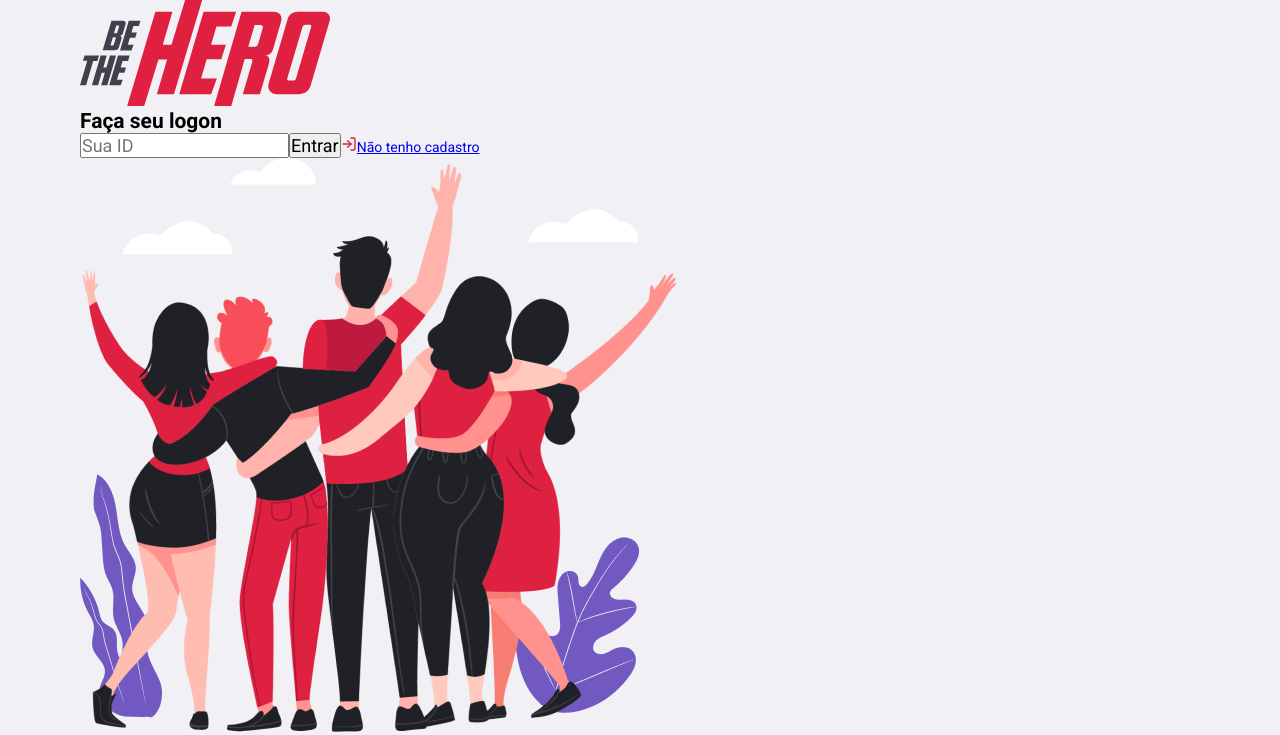
Repository: pedroevangelista/be-the-hero
Page: / (app in frontend/)
The author's editor kept a copy of each file at every save. The page is drawn from the files as they stood at one save, then again after the next save.
The browser window is 1280 px wide. The pictures show the whole page.
The project was rebuilt for these pictures with package versions that can differ from the ones it lists, and the page was loaded fresh each time.

Above is the page before, as saved 2020-03-25 12:17:05.

After the next save:
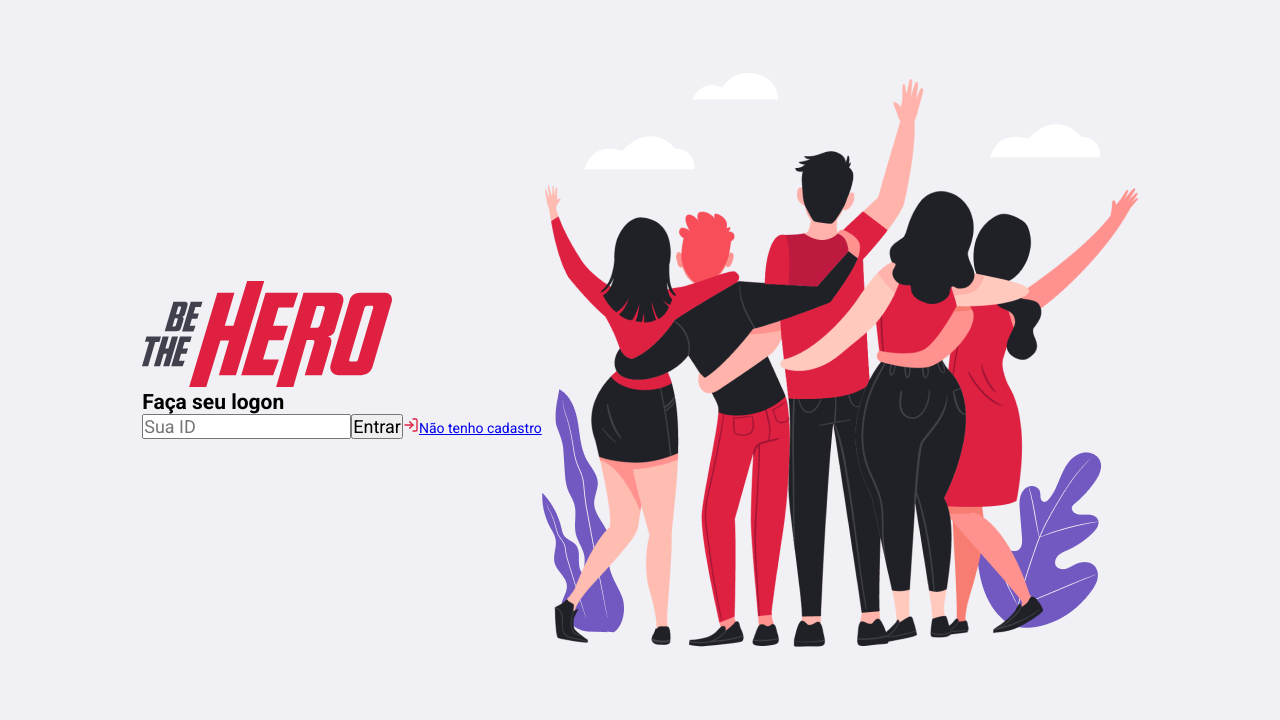
Saved 24 s later.
--- a/frontend/src/pages/Logon/styles.css
+++ b/frontend/src/pages/Logon/styles.css
@@ -3,4 +3,7 @@
     max-width: 1120px;
     height: 100vh;
     margin: 0 auto;
+    display: flex;
+    align-items: center;
+    justify-content: center;
 }

After the save that followed:
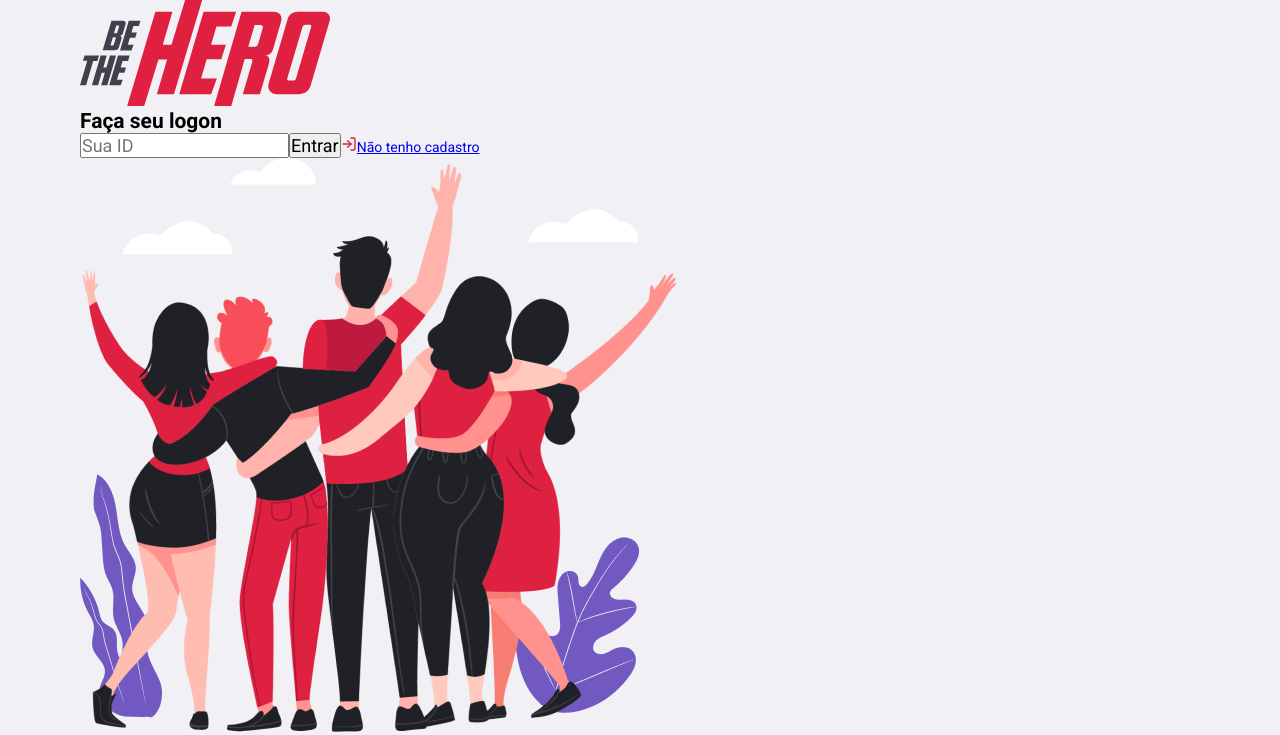
Saved 18 s later.
--- a/frontend/src/pages/Logon/styles.css
+++ b/frontend/src/pages/Logon/styles.css
@@ -3,7 +3,7 @@
     max-width: 1120px;
     height: 100vh;
     margin: 0 auto;
-    display: flex;
+    /* display: flex;
     align-items: center;
-    justify-content: center;
+    justify-content: center; */
 }
